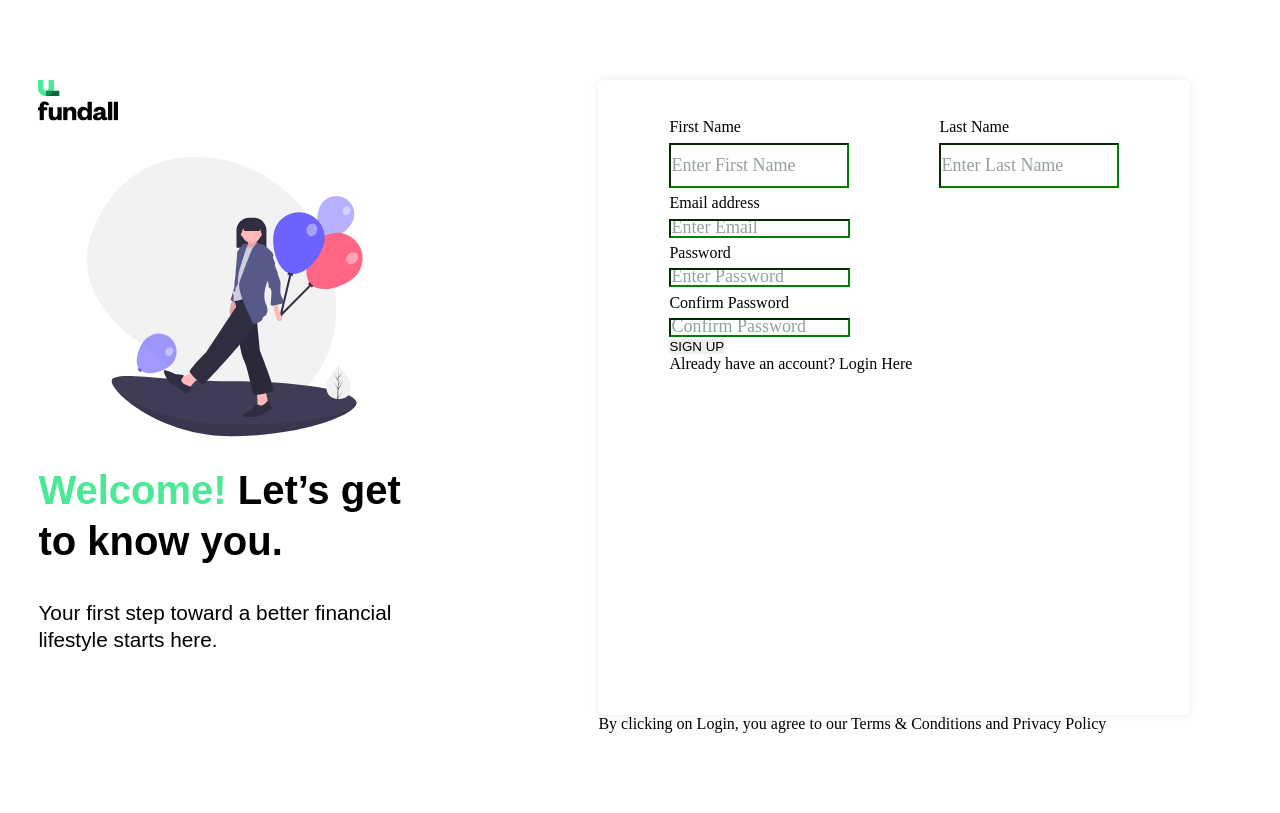
Repository: nilesjamex/niffty
Page: /signup
The author's editor kept a copy of each file at every save. The page is drawn from the files as they stood at one save, then again after the next save.
The browser window is 1280 px wide. The pictures show the whole page.
The project was rebuilt for these pictures with package versions that can differ from the ones it lists, and the page was loaded fresh each time. Also part of the build but not shown: src/components/Nav.vue, src/views/Home.vue.

Above is the page before, as saved 2022-04-16 18:59:37.

### src/main.js
import { createApp } from 'vue'
import App from './App.vue'
import router from './router'
import '@/styles/global.scss'

createApp(App).use(router).mount('#app')

### src/App.vue
<template>

  <router-view/>
</template>
<script>
// @ is an alias to /src

export default {
  components: {
  }
}
</script>
<style lang="scss">


#nav {
  padding: 30px;

  a {
    font-weight: bold;
    color: #2c3e50;

    &.router-link-exact-active {
      color: #42b983;
    }
  }
}
</style>

### src/router/index.js
import { createRouter, createWebHistory } from 'vue-router'
import Home from '../views/Home.vue';
import SignUp from '../views/SignUp.vue'

const routes = [
  {
    path: '/',
    name: 'Home',
    component: Home
  },
  {
    path: '/signup',
    name: 'signup',
    component: SignUp
  }
]

const router = createRouter({
  history: createWebHistory(process.env.BASE_URL),
  routes
})

export default router

### src/styles/global.scss
@import './variables';
@import './mixins.scss';
@import './_typography.scss';
* {
    margin: 0;
    padding: 0;
    box-sizing: border-box;
    max-width: 100vw;
}
@font-face {
    font-family: "CircularStd";
    src: local(CircularStd) url(../fonts/circular-std-medium-500.ttf) format(opentype);
}
input {
    outline: none;
}
button {
    border: none;
    outline: none;
}
a {
    color: inherit;
    text-decoration: none;
}
li {
    list-style: none;
}
.button--signup {
    width: 98.01px;
    height: 42px;
    background: $access-bg;
    border-radius: 10px;
    @include flex(center, center);
    @include access {

    }
}

### src/views/SignUp.vue
<template>
  <section class="signup">
      <div class="signup--box">
          <div class="signup--intro">
              <div class="signup--intro--logo">
                  <img src="@/assets/logo.svg" alt="">
              </div>
              <div class="signup--intro--content">
                  <div class="signup--intro--content--img">
                      <img src="@/assets/girl.svg" alt="">
                  </div>
                  <div class="signup--intro--content--text">
                      <h2>
                          <span>Welcome!</span> Let’s get to know you.
                      </h2>
                      <p>
                          Your first step toward a better financial lifestyle starts here.
                      </p>
                  </div>
              </div>
          </div>
          <!-- form -->
          <div class="signup--form">
              <form action="">
                  <div class="signup--form--container">
                      <div class="signup--form--name--box">
                          <div class="signup--form--name">
                              <label>First Name</label>
                              <input type="text" name="" placeholder="Enter First Name" id="">
                          </div>
                          <div class="signup--form--name">
                              <label>Last Name</label>
                              <input type="text" name="" placeholder="Enter Last Name" id="">
                          </div>
                      </div>
                      <div class="signup--form--input">
                          <label>Email address</label>
                          <input type="email" name="" placeholder="Enter Email" id="">
                      </div>
                      <div class="signup--form--input">
                          <label>Password</label>
                          <input type="password" name="" placeholder="Enter Password" id="">
                      </div>
                      <div class="signup--form--input">
                          <label>Confirm Password</label>
                          <input type="password" name="" placeholder="Confirm Password" id="">
                      </div>
                      <button class="button--submit">
                          SIGN UP
                      </button>
                      <div class="signup--form--login">
                          <p>
                              Already have an account? <span>Login Here</span>
                          </p>
                      </div>
                  </div>
              </form>
               <div class="signup--form--terms">
              <p>
                  By clicking on Login, you agree to our Terms & Conditions and Privacy Policy
              </p>
          </div>
          </div>
      </div>
  </section>
</template>

<script>
export default {

}
</script>

<style lang="scss" scoped>
@import '@/styles/mixins.scss';
@import '@/styles/_variables.scss';
@import '@/styles/_typography.scss';
.signup {
    padding: 5rem 7% 5rem 3%;
}
.signup--box {
    @include flex(space-between,);
}
.signup--intro--content {
    width: 100%;
    margin-top: 2rem;
}
.signup--intro--content {
    text-align: center;
}
.signup--intro--content--text {
    text-align: left;
    h2 {
        width: 369px;
        margin-top: 1.5rem;
        @include heading1 {
        }
        span {
             @include heading1 {
            color: $access-bg;
        }
        }
    }
    p {
        @include caption;
        width: 374px;
        margin-top: 2rem;
    }
}
form {
    background: #FFFFFF;
    box-shadow: 0px 0px 10px rgba(0, 0, 0, 0.082937);
    border-radius: 6px;
    width: 592px;
    height: 635px;
    padding: 2rem 1rem;
}
.signup--form--container {
    margin: 0 auto;
    width: 450px;
}
label {
    display: block;
    margin: 0.4rem 0;
}
.signup--form--name--box {
    @include flex(space-between,);
    input {
        width: 180px;
        height: 45px;
        @include input;
    }
}
::placeholder {
    @include placeholder;
}
:placeholder-shown {
    border-color: green;
    label {
        color: green;
    }
}
</style>

### src/styles/_variables.scss
// colors
$access-bg: #4CE895;

### src/styles/mixins.scss
@mixin flex($justify: flex-start, $align: flex-start) {
    display: flex;
    justify-content: $justify;
    align-items: $align;
}

### src/styles/_typography.scss
@mixin access {
    font-family: 'CircularStd', sans-serif;
    font-size: 1.125rem;
    line-height: 23px;
    color: #000000;
    @content;
}
@mixin heading1 {
    font-family: 'CircularStd', sans-serif;
    font-size: 2.5rem;
    line-height: 51px;
    color: #000000;
    @content;
}
@mixin heading2 {
    font-family: 'CircularStd', sans-serif;
    font-size: 1.5rem;
    line-height: 30px;
    color: #000000;
    @content;
}
@mixin caption {
    font-family: 'CircularStd', sans-serif;
    font-size: 1.3rem;
    line-height: 27px;
    color: #000000;
    @content;
}
@mixin input {
    font-family: 'CircularStd', sans-serif;
    font-style: normal;
    font-size: 18px;
    line-height: 23px;
    color: #30443C;
    @content;
}
@mixin placeholder {
    font-family: 'Nunito Sans';
    font-style: normal;
    font-weight: 400;
    font-size: 18px;
    line-height: 25px;
    color: #30443C;
    mix-blend-mode: normal;
    opacity: 0.5;
}

Loaded but not shown: public/index.html (common file)

After the next save:
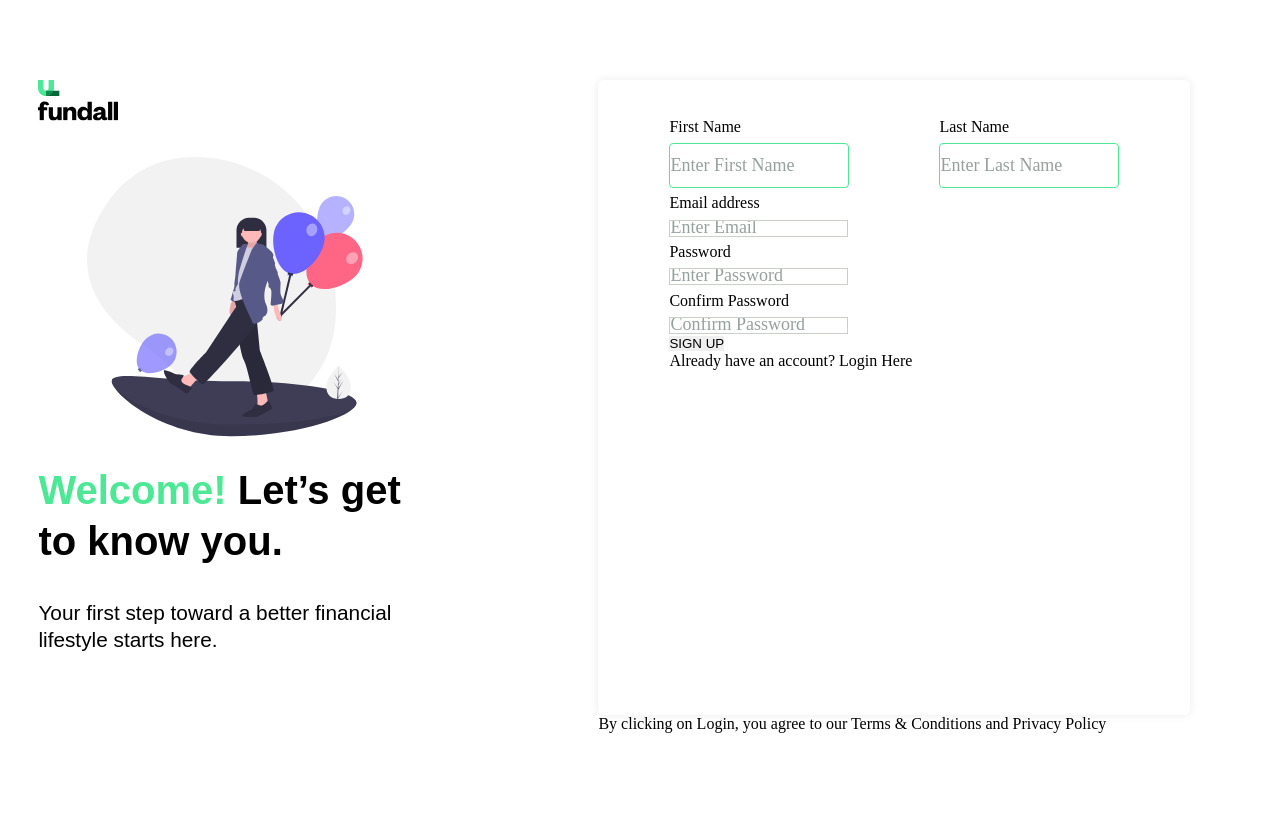
Saved 2 min 6 s later.
--- a/src/views/SignUp.vue
+++ b/src/views/SignUp.vue
@@ -126,6 +126,10 @@ label {
 .signup--form--name--box {
     @include flex(space-between,);
     input {
+        background: #FFFFFF;
+        border: 1px solid #4DE897;
+        box-sizing: border-box;
+        border-radius: 4px;
         width: 180px;
         height: 45px;
         @include input;
@@ -135,9 +139,7 @@ label {
     @include placeholder;
 }
 :placeholder-shown {
-    border-color: green;
-    label {
-        color: green;
-    }
+    border: 1px solid #CAD0C9;
+
 }
 </style>
